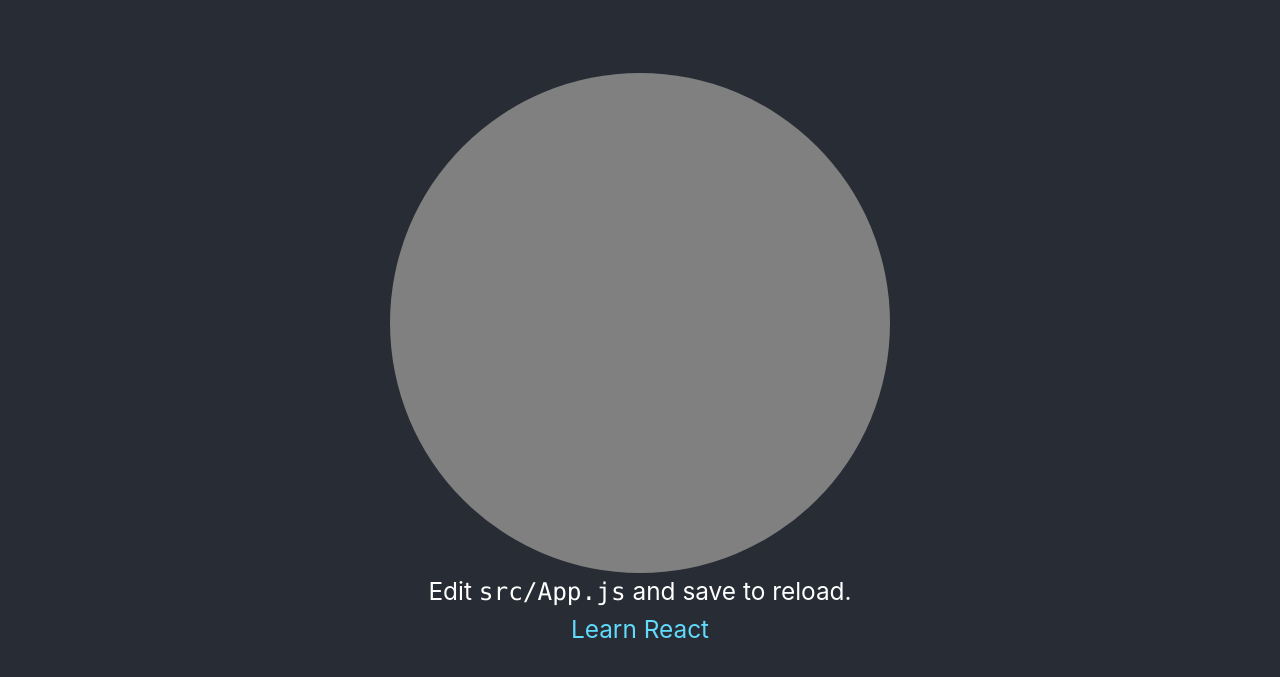
Repository: RahmanRakib9/TwentyOne
Page: /
An editor plug-in stored every save of this project. The page is shown before and after the next save, followed by the edit.
The browser window is 1280 px wide. The pictures show the whole page.
The project was rebuilt for these pictures with package versions that can differ from the ones it lists, and the page was loaded fresh each time.

Above is the page before, as saved 2022-10-07 23:41:34.

After the next save:
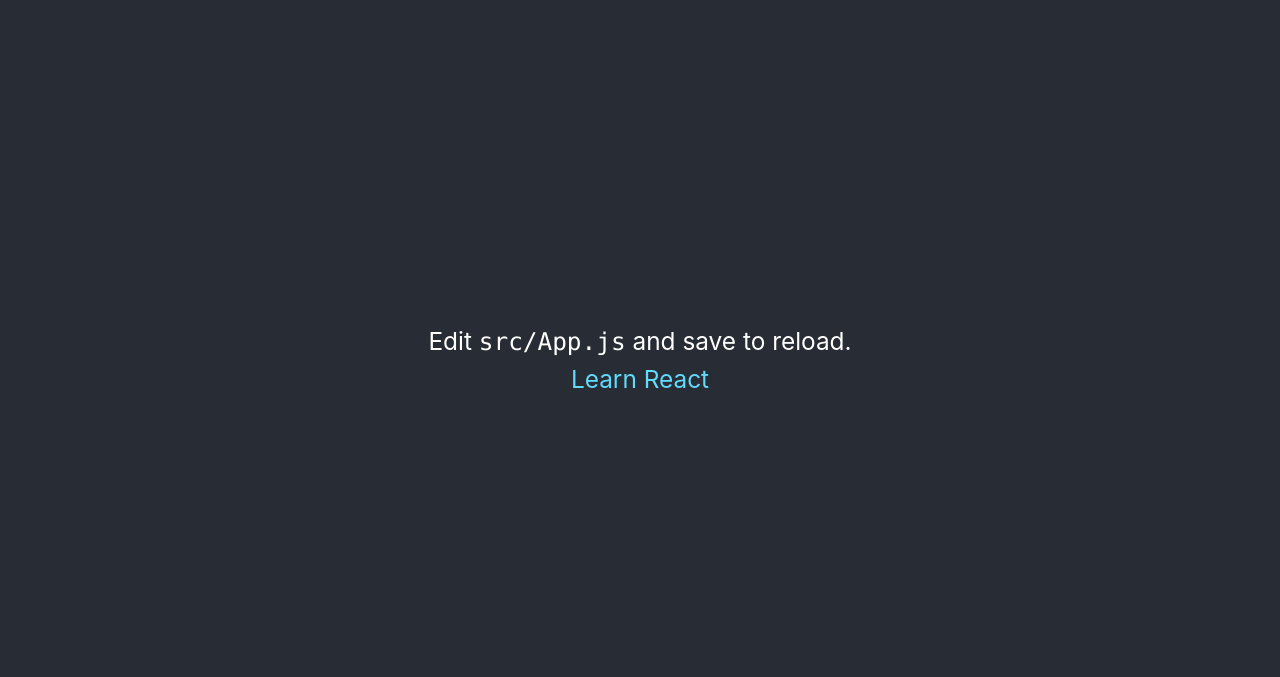
Saved 17 s later.
--- a/src/App.js
+++ b/src/App.js
@@ -6,7 +6,6 @@
     <div className="App">
       <header className="App-header">
         {/* <img src={logo} className="App-logo" alt="logo" /> */}
-        <span style={{borderRadius:"50%",backgroundColor:"gray",height:"500px",width:"500px"}}></span>
         <p>
           Edit <code>src/App.js</code> and save to reload.
         </p>
